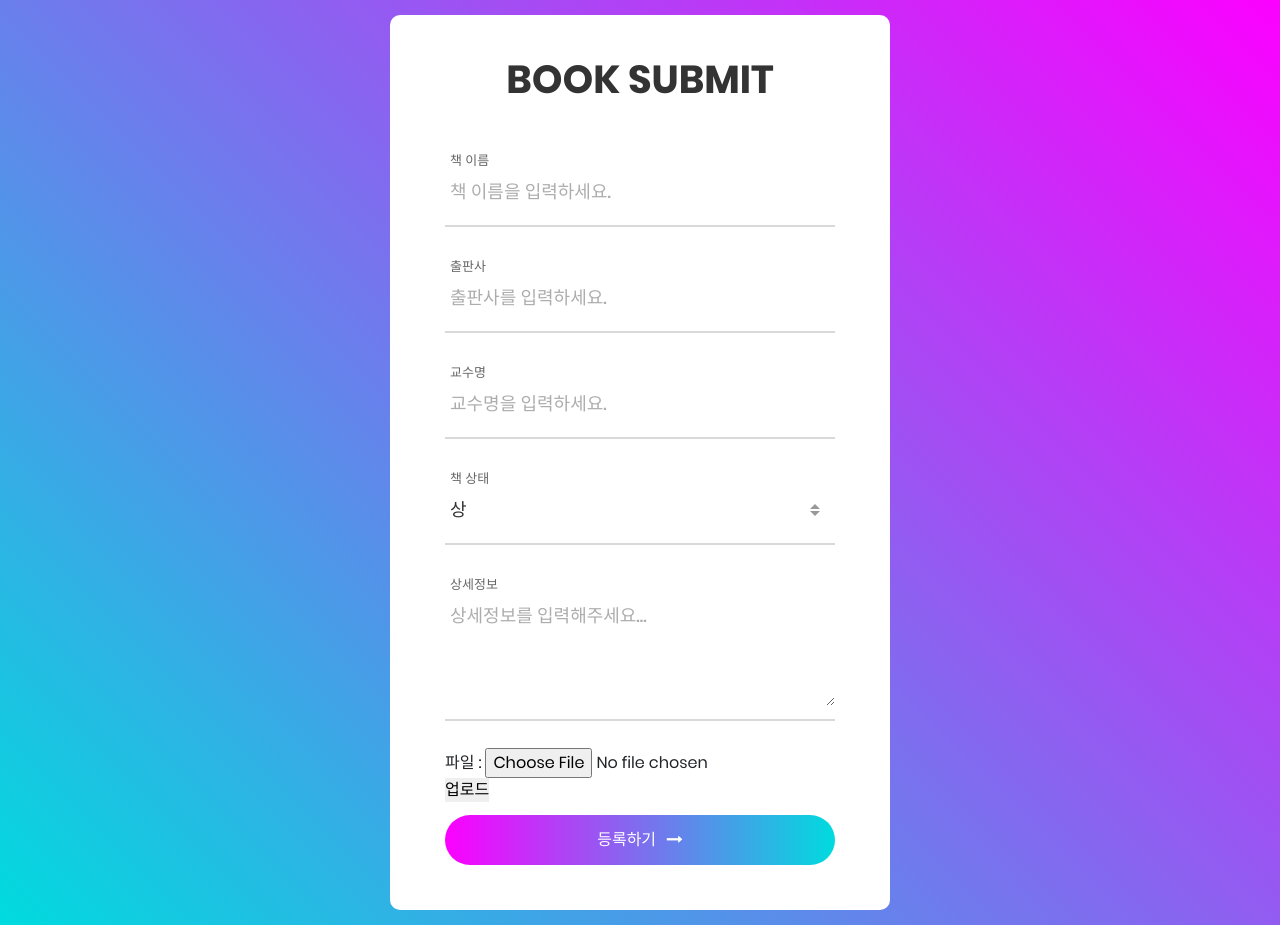
Repository: charmingjae/swproject
Page: http://localhost/bookBoard/ContactFrom_v4/write.jsp
These files come from the project's save history. The page is drawn as it stood at one moment and after the next save; the edit follows.
The browser window is 1280 px wide. The pictures show the whole page.
The page is served by Tomcat 9. Other server files are loaded and not shown.

Above is the page before, as saved 2019-12-18 06:47:21.

### JSP/bookBoard/bookBoard/WebContent/ContactFrom_v4/write.jsp
<%@ page language="java" contentType="text/html; charset=UTF-8"
    pageEncoding="UTF-8"%>
<!DOCTYPE html>
<html>
<head>
<meta charset="UTF-8">
<title>Insert title here</title>
<meta charset="UTF-8">
	<meta name="viewport" content="width=device-width, initial-scale=1">
<!--===============================================================================================-->
	<link rel="icon" type="image/png" href="images/icons/favicon.ico"/>
<!--===============================================================================================-->
	<link rel="stylesheet" type="text/css" href="vendor/bootstrap/css/bootstrap.min.css">
<!--===============================================================================================-->
	<link rel="stylesheet" type="text/css" href="fonts/font-awesome-4.7.0/css/font-awesome.min.css">
<!--===============================================================================================-->
	<link rel="stylesheet" type="text/css" href="vendor/animate/animate.css">
<!--===============================================================================================-->
	<link rel="stylesheet" type="text/css" href="vendor/css-hamburgers/hamburgers.min.css">
<!--===============================================================================================-->
	<link rel="stylesheet" type="text/css" href="vendor/animsition/css/animsition.min.css">
<!--===============================================================================================-->
	<link rel="stylesheet" type="text/css" href="vendor/select2/select2.min.css">
<!--===============================================================================================-->
	<link rel="stylesheet" type="text/css" href="vendor/daterangepicker/daterangepicker.css">
<!--===============================================================================================-->
	<link rel="stylesheet" type="text/css" href="css/util.css">
	<link rel="stylesheet" type="text/css" href="css/main.css">
<!--===============================================================================================-->

</head>
<body>


	<div class="container-contact100">
		<div class="wrap-contact100">
			<form class="contact100-form validate-form" action="../writeChk.jsp">
				<span class="contact100-form-title">
					BOOK SUBMIT
				</span>

				<div class="wrap-input100 validate-input" data-validate="책 이름을 입력하세요.">
					<span class="label-input100">책 이름</span>
					<input class="input100" type="text" name="bookname" placeholder="책 이름을 입력하세요.">
					<span class="focus-input100"></span>
				</div>

				<div class="wrap-input100 validate-input" data-validate = "출판사를 입력하세요.">
					<span class="label-input100">출판사</span>
					<input class="input100" type="text" name="publisher" placeholder="출판사를 입력하세요.">
					<span class="focus-input100"></span>
				</div>

				<div class="wrap-input100 validate-input" data-validate = "교수명을 입력하세요.">
					<span class="label-input100">교수명</span>
					<input class="input100" type="text" name="prof" placeholder="교수명을 입력하세요.">
					<span class="focus-input100"></span>
				</div>

				<div class="wrap-input100 input100-select">
					<span class="label-input100">책 상태</span>
					<div>
						<select class="selection-2" name="status">
							<option>상</option>
							<option>중</option>
							<option>하</option>
						</select>
					</div>
					<span class="focus-input100"></span>
				</div>

				<!-- <div class="wrap-input100 input100-select">
					<span class="label-input100">가격</span>
					<div>
						<select class="selection-2" name="budget">
							<option>구두 협의</option>
						</select>
					</div>
					<span class="focus-input100"></span>
				</div> -->

				<div class="wrap-input100 validate-input" data-validate = "상세정보를 입력하세요.">
					<span class="label-input100">상세정보</span>
					<textarea class="input100" name="summary" placeholder="상세정보를 입력해주세요..."></textarea>
					<span class="focus-input100"></span>
				</div>

				파일 : <input type="file" name="file"><br>

						<input type="submit" value="업로드"><br>

				<div class="container-contact100-form-btn">
					<div class="wrap-contact100-form-btn">
						<div class="contact100-form-bgbtn"></div>
						<button class="contact100-form-btn" type="submit">
							<span>
								등록하기
								<i class="fa fa-long-arrow-right m-l-7" aria-hidden="true"></i>
							</span>
						</button>
					</div>
				</div>
			</form>
		</div>
	</div>



	<div id="dropDownSelect1"></div>

<!--===============================================================================================-->
	<script src="vendor/jquery/jquery-3.2.1.min.js"></script>
<!--===============================================================================================-->
	<script src="vendor/animsition/js/animsition.min.js"></script>
<!--===============================================================================================-->
	<script src="vendor/bootstrap/js/popper.js"></script>
	<script src="vendor/bootstrap/js/bootstrap.min.js"></script>
<!--===============================================================================================-->
	<script src="vendor/select2/select2.min.js"></script>
	<script>
		$(".selection-2").select2({
			minimumResultsForSearch: 20,
			dropdownParent: $('#dropDownSelect1')
		});
	</script>
<!--===============================================================================================-->
	<script src="vendor/daterangepicker/moment.min.js"></script>
	<script src="vendor/daterangepicker/daterangepicker.js"></script>
<!--===============================================================================================-->
	<script src="vendor/countdowntime/countdowntime.js"></script>
<!--===============================================================================================-->
	<script src="js/main.js"></script>

	<!-- Global site tag (gtag.js) - Google Analytics -->
<script async src="https://www.googletagmanager.com/gtag/js?id=UA-23581568-13"></script>
<script>
  window.dataLayer = window.dataLayer || [];
  function gtag(){dataLayer.push(arguments);}
  gtag('js', new Date());

  gtag('config', 'UA-23581568-13');
</script>

</body>
</html>

### JSP/bookBoard/bookBoard/WebContent/ContactFrom_v4/css/main.css




/*//////////////////////////////////////////////////////////////////
[ FONT ]*/

@font-face {
  font-family: Poppins-Regular;
  src: url('../fonts/poppins/Poppins-Regular.ttf');
}

@font-face {
  font-family: Poppins-Medium;
  src: url('../fonts/poppins/Poppins-Medium.ttf');
}

@font-face {
  font-family: Poppins-Bold;
  src: url('../fonts/poppins/Poppins-Bold.ttf');
}

@font-face {
  font-family: Poppins-SemiBold;
  src: url('../fonts/poppins/Poppins-SemiBold.ttf');
}




/*//////////////////////////////////////////////////////////////////
[ RESTYLE TAG ]*/

* {
	margin: 0px;
	padding: 0px;
	box-sizing: border-box;
}

body, html {
	height: 100%;
	font-family: Poppins-Regular, sans-serif;
}

/*---------------------------------------------*/
a {
	font-family: Poppins-Regular;
	font-size: 14px;
	line-height: 1.7;
	color: #666666;
	margin: 0px;
	transition: all 0.4s;
	-webkit-transition: all 0.4s;
  -o-transition: all 0.4s;
  -moz-transition: all 0.4s;
}

a:focus {
	outline: none !important;
}

a:hover {
	text-decoration: none;
}

/*---------------------------------------------*/
h1,h2,h3,h4,h5,h6 {
	margin: 0px;
}

p {
	font-family: Poppins-Regular;
	font-size: 14px;
	line-height: 1.7;
	color: #666666;
	margin: 0px;
}

ul, li {
	margin: 0px;
	list-style-type: none;
}


/*---------------------------------------------*/
input {
	outline: none;
	border: none;
}

textarea {
  outline: none;
  border: none;
}

textarea:focus, input:focus {
  border-color: transparent !important;
}

input:focus::-webkit-input-placeholder { color:transparent; }
input:focus:-moz-placeholder { color:transparent; }
input:focus::-moz-placeholder { color:transparent; }
input:focus:-ms-input-placeholder { color:transparent; }

textarea:focus::-webkit-input-placeholder { color:transparent; }
textarea:focus:-moz-placeholder { color:transparent; }
textarea:focus::-moz-placeholder { color:transparent; }
textarea:focus:-ms-input-placeholder { color:transparent; }

input::-webkit-input-placeholder { color: #adadad;}
input:-moz-placeholder { color: #adadad;}
input::-moz-placeholder { color: #adadad;}
input:-ms-input-placeholder { color: #adadad;}

textarea::-webkit-input-placeholder { color: #adadad;}
textarea:-moz-placeholder { color: #adadad;}
textarea::-moz-placeholder { color: #adadad;}
textarea:-ms-input-placeholder { color: #adadad;}

/*---------------------------------------------*/
button {
	outline: none !important;
	border: none;
	background: transparent;
}

button:hover {
	cursor: pointer;
}

iframe {
	border: none !important;
}


/*---------------------------------------------*/
.container {
	max-width: 1200px;
}





/*//////////////////////////////////////////////////////////////////
[ Contact ]*/

.container-contact100 {
  width: 100%;
  min-height: 100vh;
  display: -webkit-box;
  display: -webkit-flex;
  display: -moz-box;
  display: -ms-flexbox;
  display: flex;
  flex-wrap: wrap;
  justify-content: center;
  align-items: center;
  padding: 15px;
  background: #a64bf4;
  background: -webkit-linear-gradient(45deg, #00dbde, #fc00ff);
  background: -o-linear-gradient(45deg, #00dbde, #fc00ff);
  background: -moz-linear-gradient(45deg, #00dbde, #fc00ff);
  background: linear-gradient(45deg, #00dbde, #fc00ff);

}

.wrap-contact100 {
  width: 500px;
  background: #fff;
  border-radius: 10px;
  overflow: hidden;
  padding: 42px 55px 45px 55px;
}


/*------------------------------------------------------------------
[ Form ]*/

.contact100-form {
  width: 100%;
}

.contact100-form-title {
  display: block;
  font-family: Poppins-Bold;
  font-size: 39px;
  color: #333333;
  line-height: 1.2;
  text-align: center;
  padding-bottom: 44px;
}



/*------------------------------------------------------------------
[ Input ]*/

.wrap-input100 {
  width: 100%;
  position: relative;
  border-bottom: 2px solid #d9d9d9;
  padding-bottom: 13px;
  margin-bottom: 27px;
}

.label-input100 {
  font-family: Poppins-Regular;
  font-size: 13px;
  color: #666666;
  line-height: 1.5;
  padding-left: 5px;
}

.input100 {
  display: block;
  width: 100%;
  background: transparent;
  font-family: Poppins-Medium;
  font-size: 18px;
  color: #333333;
  line-height: 1.2;
  padding: 0 5px;
}

.focus-input100 {
  position: absolute;
  display: block;
  width: 100%;
  height: 100%;
  top: 0;
  left: 0;
  pointer-events: none;
}

.focus-input100::before {
  content: "";
  display: block;
  position: absolute;
  bottom: -2px;
  left: 0;
  width: 0;
  height: 2px;

  -webkit-transition: all 0.4s;
  -o-transition: all 0.4s;
  -moz-transition: all 0.4s;
  transition: all 0.4s;

  background: #7f7f7f;
}


/*---------------------------------------------*/
input.input100 {
  height: 40px;
}


textarea.input100 {
  min-height: 110px;
  padding-top: 9px;
  padding-bottom: 13px;
}


.input100:focus + .focus-input100::before {
  width: 100%;
}

.has-val.input100 + .focus-input100::before {
  width: 100%;
}


/*------------------------------------------------------------------
[ Button ]*/
.container-contact100-form-btn {
  display: -webkit-box;
  display: -webkit-flex;
  display: -moz-box;
  display: -ms-flexbox;
  display: flex;
  flex-wrap: wrap;
  justify-content: center;
  padding-top: 13px;
}

.wrap-contact100-form-btn {
  width: 100%;
  display: block;
  position: relative;
  z-index: 1;
  border-radius: 25px;
  overflow: hidden;
  margin: 0 auto;
}

.contact100-form-bgbtn {
  position: absolute;
  z-index: -1;
  width: 300%;
  height: 100%;
  background: #a64bf4;
  background: -webkit-linear-gradient(left, #00dbde, #fc00ff, #00dbde, #fc00ff);
  background: -o-linear-gradient(left, #00dbde, #fc00ff, #00dbde, #fc00ff);
  background: -moz-linear-gradient(left, #00dbde, #fc00ff, #00dbde, #fc00ff);
  background: linear-gradient(left, #00dbde, #fc00ff, #00dbde, #fc00ff);
  top: 0;
  left: -100%;

  -webkit-transition: all 0.4s;
  -o-transition: all 0.4s;
  -moz-transition: all 0.4s;
  transition: all 0.4s;
}

.contact100-form-btn {
  display: -webkit-box;
  display: -webkit-flex;
  display: -moz-box;
  display: -ms-flexbox;
  display: flex;
  justify-content: center;
  align-items: center;
  padding: 0 20px;
  width: 100%;
  height: 50px;

  font-family: Poppins-Medium;
  font-size: 16px;
  color: #fff;
  line-height: 1.2;
}

.wrap-contact100-form-btn:hover .contact100-form-bgbtn {
  left: 0;
}

.contact100-form-btn i {
  -webkit-transition: all 0.4s;
  -o-transition: all 0.4s;
  -moz-transition: all 0.4s;
  transition: all 0.4s;
}
.contact100-form-btn:hover i {
  -webkit-transform: translateX(10px);
  -moz-transform: translateX(10px);
  -ms-transform: translateX(10px);
  -o-transform: translateX(10px);
  transform: translateX(10px);
}


/*------------------------------------------------------------------
[ Responsive ]*/

@media (max-width: 576px) {
  .wrap-contact100 {
    padding: 72px 15px 65px 15px;
  }
}



/*------------------------------------------------------------------
[ Alert validate ]*/

.validate-input {
  position: relative;
}

.alert-validate::before {
  content: attr(data-validate);
  position: absolute;
  max-width: 70%;
  background-color: #fff;
  border: 1px solid #c80000;
  border-radius: 2px;
  padding: 4px 25px 4px 10px;
  top: 58%;
  -webkit-transform: translateY(-50%);
  -moz-transform: translateY(-50%);
  -ms-transform: translateY(-50%);
  -o-transform: translateY(-50%);
  transform: translateY(-50%);
  right: 2px;
  pointer-events: none;

  font-family: Poppins-Regular;
  color: #c80000;
  font-size: 13px;
  line-height: 1.4;
  text-align: left;

  visibility: hidden;
  opacity: 0;

  -webkit-transition: opacity 0.4s;
  -o-transition: opacity 0.4s;
  -moz-transition: opacity 0.4s;
  transition: opacity 0.4s;
}

.alert-validate::after {
  content: "\f06a";
  font-family: FontAwesome;
  display: block;
  position: absolute;
  color: #c80000;
  font-size: 16px;
  top: 58%;
  -webkit-transform: translateY(-50%);
  -moz-transform: translateY(-50%);
  -ms-transform: translateY(-50%);
  -o-transform: translateY(-50%);
  transform: translateY(-50%);
  right: 8px;
}

.alert-validate:hover:before {
  visibility: visible;
  opacity: 1;
}

@media (max-width: 992px) {
  .alert-validate::before {
    visibility: visible;
    opacity: 1;
  }
}



/*//////////////////////////////////////////////////////////////////
[ Restyle Select2 ]*/

.select2-container {
  display: block;
  max-width: 100% !important;
  width: auto !important;
}

.select2-container .select2-selection--single {
  display: -webkit-box;
  display: -webkit-flex;
  display: -moz-box;
  display: -ms-flexbox;
  display: flex;
  align-items: center;
  background-color: transparent;
  border: none;
  height: 40px;
  outline: none;
  position: relative;
}

/*------------------------------------------------------------------
[ in select ]*/
.select2-container .select2-selection--single .select2-selection__rendered {
  font-family: Poppins-Medium;
  font-size: 18px;
  color: #333333;
  line-height: 1.2;
  padding-left: 5px ;
  background-color: transparent;
}

.select2-container--default .select2-selection--single .select2-selection__arrow {
  height: 100%;
  top: 50%;
  transform: translateY(-50%);
  right: 10px;
  display: -webkit-box;
  display: -webkit-flex;
  display: -moz-box;
  display: -ms-flexbox;
  display: flex;
  flex-direction: column;
  align-items: center;
  justify-content: center;
}

.select2-selection__arrow b {
  display: none;
}

.select2-selection__arrow::before {
  content: '';
  display: block;

  border-right: 5px solid transparent;
  border-left: 5px solid transparent;
  border-bottom: 5px solid #999999;
  margin-bottom: 2px;
}

.select2-selection__arrow::after {
  content: '';
  display: block;

  border-right: 5px solid transparent;
  border-left: 5px solid transparent;
  border-top: 5px solid #999999;
}

/*------------------------------------------------------------------
[ Dropdown option ]*/
.select2-container--open .select2-dropdown {
  z-index: 1251;
  border: 0px solid #e5e5e5;
  border-radius: 0px;
  background-color: white;

  box-shadow: 0 3px 10px 0px rgba(0, 0, 0, 0.2);
  -moz-box-shadow: 0 3px 10px 0px rgba(0, 0, 0, 0.2);
  -webkit-box-shadow: 0 3px 10px 0px rgba(0, 0, 0, 0.2);
  -o-box-shadow: 0 3px 10px 0px rgba(0, 0, 0, 0.2);
  -ms-box-shadow: 0 3px 10px 0px rgba(0, 0, 0, 0.2);
}

.select2-dropdown--above {top: -30px;}
.select2-dropdown--below {top: 8px;}

.select2-container .select2-results__option[aria-selected] {
  padding-top: 10px;
  padding-bottom: 10px;
}

.select2-container .select2-results__option[aria-selected="true"] {
  background: #a64bf4;
  background: -webkit-linear-gradient(right, #00dbde, #fc00ff);
  background: -o-linear-gradient(right, #00dbde, #fc00ff);
  background: -moz-linear-gradient(right, #00dbde, #fc00ff);
  background: linear-gradient(right, #00dbde, #fc00ff);
  color: white;
}

.select2-container .select2-results__option--highlighted[aria-selected] {
  background: #a64bf4;
  background: -webkit-linear-gradient(right, #00dbde, #fc00ff);
  background: -o-linear-gradient(right, #00dbde, #fc00ff);
  background: -moz-linear-gradient(right, #00dbde, #fc00ff);
  background: linear-gradient(right, #00dbde, #fc00ff);
  color: white;
}

.select2-results__options {
  font-family: Poppins-Regular;
  font-size: 15px;
  color: #333333;
  line-height: 1.2;
}

.select2-search--dropdown .select2-search__field {
  border: 1px solid #aaa;
  outline: none;
  font-family: Poppins-Regular;
  font-size: 15px;
  color: #333333;
  line-height: 1.2;
}

Loaded but not shown: JSP/bookBoard/bookBoard/WebContent/ContactFrom_v4/fonts/font-awesome-4.7.0/css/font-awesome.min.css (library); JSP/bookBoard/bookBoard/WebContent/ContactFrom_v4/js/main.js (70 lines, source omitted); JSP/bookBoard/bookBoard/WebContent/ContactFrom_v4/css/util.css (2984 lines, source omitted)

After the next save:
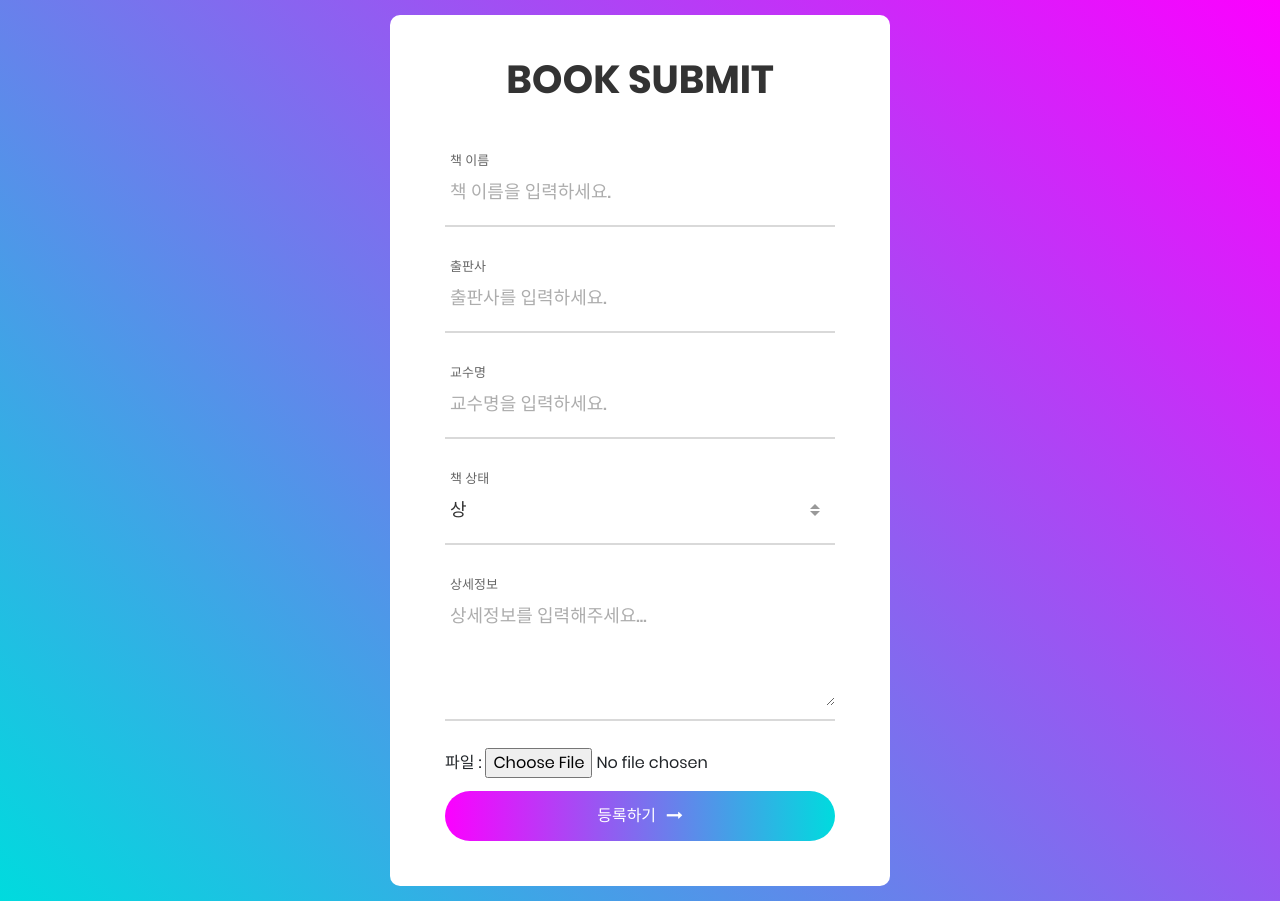
Saved 7 s later.
--- a/JSP/bookBoard/bookBoard/WebContent/ContactFrom_v4/write.jsp
+++ b/JSP/bookBoard/bookBoard/WebContent/ContactFrom_v4/write.jsp
@@ -87,7 +87,6 @@
 
 				파일 : <input type="file" name="file"><br>
 
-						<input type="submit" value="업로드"><br>
 
 				<div class="container-contact100-form-btn">
 					<div class="wrap-contact100-form-btn">
